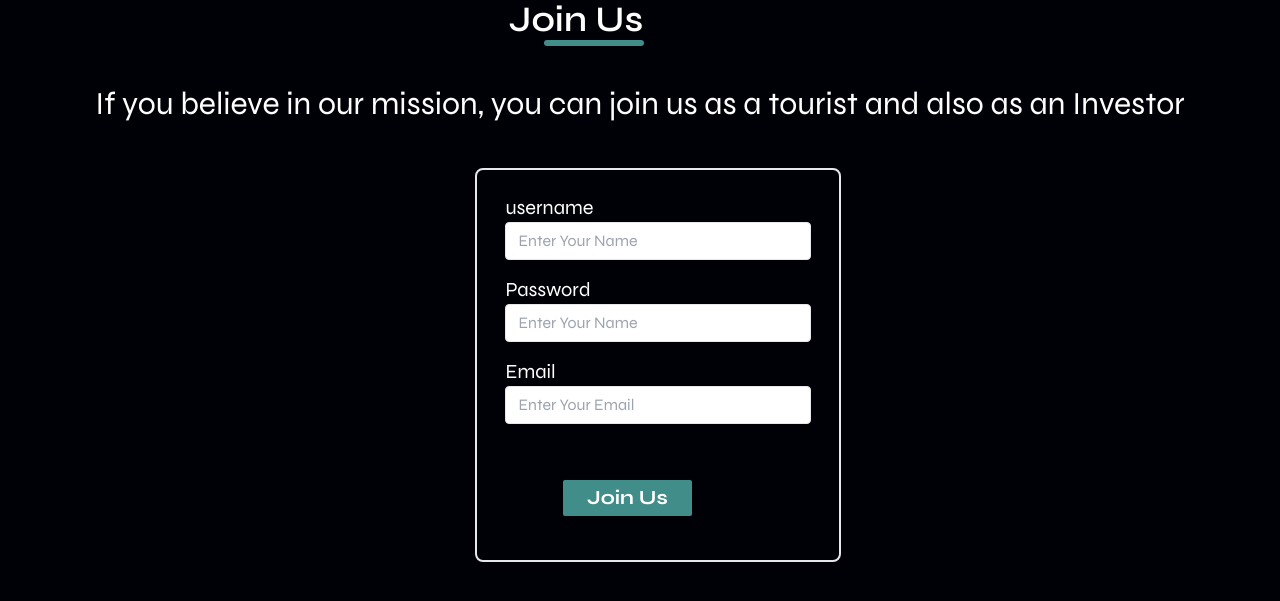
Repository: EngrAhmadUmar/landing-page
Page: /register
These files come from the project's save history. The page is drawn as it stood at one moment and after the next save; the edit follows.
The browser window is 1280 px wide. The pictures show the whole page.
The project was rebuilt for these pictures with package versions that can differ from the ones it lists, and the page was loaded fresh each time. The framework's server and built-in components were replaced by stand-ins that run in the browser. Also part of the build but not shown: next.config.js, src/Components/ApplyPageComponents/ApplyForm.jsx, src/Components/ApplyPageComponents/LoginForm.jsx.

Above is the page before, as saved 2022-07-06 10:15:52.

### pages/_app.js
import "../styles/globals.css";
import { ApolloClient, InMemoryCache, ApolloProvider } from "@apollo/client";

//apollo clients
const client = new ApolloClient({
  uri: "http://localhost:1337/graphql",
  cache: new InMemoryCache()
});

function MyApp({ Component, pageProps }) {
  return (
    <ApolloProvider client={client}>
      <Component {...pageProps} />
    </ApolloProvider>
  );
}

export default MyApp;

### pages/register.js
import React from "react";
import {
  RegisterForm,
} from "../src/Components/ApplyPageComponents/Index";

export default function Login() {
  return (
    <React.Fragment>
      <div className="bg-[#000107] font-syne h-[100vh]">
        <RegisterForm />
      </div>
    </React.Fragment>
  );
}

### styles/globals.css
@import url("https://fonts.googleapis.com/css2?family=Poppins:wght@400;500;600&family=Syne:wght@400;500;600;700&display=swap");

@tailwind base;
@tailwind components;
@tailwind utilities;

### src/Components/ApplyPageComponents/Index.jsx
export { default as ApplyForm } from "./ApplyForm";
export { default as LoginForm } from "./LoginForm";
export { default as RegisterForm } from "./RegisterForm";

### src/Components/ApplyPageComponents/RegisterForm.jsx
import { gql, useMutation } from "@apollo/client";
import Head from "next/head";
import { useState } from "react";
import styles from "../../../styles/Home.module.css";

const reg = gql`
  mutation joinUs($username: String!, $email: String!, $password: String!) {
    register(
      input: { username: $username, email: $email, password: $password }
    ) {
      jwt
      user {
        id
        email
      }
    }
  }
`;

const JoinUs = () => {
  const [username, setUsername] = useState("");
  const onChangeUsername = (e) => {
    setUsername(e.target.value);
  };
  const [email, setEmail] = useState("");
  const onChangeEmail = (e) => {
    setEmail(e.target.value);
  };
  const [password, setPassword] = useState("");
  const onChangePassword = (e) => {
    setPassword(e.target.value);
  };

  const [joinUs, { data, loading, error }] = useMutation(reg, {
    variables: {
      username: username,
      email: email,
      password: password,
    },
  });

  const onSubmit = (e) => {
    e.preventDefault();
    if (username === "" || email === "" || password === "") {
      return alert("please fill in all fields");
    }
    joinUs(username, password, email);

    setEmail("");
    setPassword("");
    setUsername("");
  };

  return (
    <div className="text-white font-syne " id="joinUs">
      <Head>
        <title>Welcome to GGV</title>
        <meta name="description" content="Join Our Family" />
      </Head>
      <div className="">
        <div className="max-w-[90vw]">
          <h3 className="text-4xl font-semibold text-center ">Join Us</h3>
          <div className={`${styles.header} ${"text-center w-[85vw]"}`}></div>
        </div>

        <p className="text-center mt-8 px-4 leading-loose text-[1.3rem] md:text-[1.5rem] lg:text-[2rem] lg:px-[4rem]">
          If you believe in our mission, you can join us as a tourist and also
          as an Investor{" "}
        </p>
      </div>

      <div className="max-w-md md:max-w-3xl lg:max-w-full ml-[5vh] mt-8 flex items-center justify-center">
        <form
          onSubmit={onSubmit}
          className="pt-6 pb-8 mb-4 border-2 rounded-lg shadow-md px-7 border-gray "
        >
          <div className="mb-4">
            <label className="text-lg md:text-xl">username</label>
            <input
              type="text"
              name="username"
              value={username}
              onChange={(e) => onChangeUsername(e)}
              placeholder="Enter Your Name"
              className="w-full px-3 py-2 leading-tight text-gray-700 border rounded shadow appearance-none focus:outline-none focus:shadow-outline"
            />
          </div>
          <div className="mb-4">
            <label className="text-lg md:text-xl">Password</label>
            <input
              type="text"
              name="password"
              value={password}
              onChange={onChangePassword}
              placeholder="Enter Your Name"
              className="w-full px-3 py-2 leading-tight text-gray-700 border rounded shadow appearance-none focus:outline-none focus:shadow-outline"
            />
          </div>
          <div className="mb-6">
            <label className="text-lg md:text-xl">Email</label>
            <input
              type="email"
              className="w-full px-3 py-2 leading-tight text-gray-700 border rounded shadow appearance-none focus:outline-none focus:shadow-outline"
              name="email"
              onChange={onChangeEmail}
              placeholder="Enter Your Email"
              value={email}
            />
          </div>

          {/* <div>
            <label className="text-lg md:text-xl">Password</label>
            <input
              type="text"
              ref={passwordInputRef}
              className="w-full px-3 py-2 leading-tight text-gray-700 border rounded shadow appearance-none focus:outline-none focus:shadow-outline"
              placeholder="Enter Your Password"
              value={enteredPassword}
              onChange={passwordChangeHandler}
            />
          </div> */}
          {/* <div className="flex items-center mt-4">
            <div>
              <input type="checkbox" className="mr-2 leading-tight" />
              <span className="text-sm text-center md:text-lg">Tourist</span>
            </div>
            <div className="ml-5">
              <input type="checkbox" className="mr-2 leading-tight" />
              <span className="text-sm text-center md:text-xl">Investor</span>
            </div>
          </div> */}

          <div className="mt-5 ml-[8vh]">
            <button className="shadow bg-green focus:shadow-outline focus:outline-none text-white font-bold px-6 md:text-xl bg-[#418d89] rounded-sm mt-8 mb-3 py-1">
              {loading ? "Sending" : "Join Us"}
            </button>
          </div>
        </form>
      </div>
      <>
        {data && (
          <div>
            <h1>Token: {data.register?.jwt}</h1>
            <span>UserID: {data.register.user?.id} </span>
            <span>UserEmail: {data.register.user?.email} </span>
          </div>
        )}
      </>

      <div></div>
    </div>
  );
};

export default JoinUs;

### styles/Home.module.css
.header {
  position: relative;
  font-size: clamp(3.8rem, -0.875rem + 8.333vw, 3.5rem);
}

/* .headerContainer {
  max-width: 300px;
} */

.header::before {
  content: "";
  position: absolute;
  background: #418d89;
  width: 100px;
  height: 6px;
  border-radius: 40px;
  font-family: "Syne";
}

.bgImage {
  animation: fadeIn ease-out 2s both;
  /* animation-delay: 1.5s; */
}

.heroText {
  animation: slideUp 0.75s 0.5s cubic-bezier(0.17, 0.88, 0.32, 1.27) both,
    fadeIn -25s 0.5s ease-out both;
}

@keyframes slideUp {
  from {
    transform: translateY(500%);
  }
  to {
    transform: translateY(-10%);
  }
}

@keyframes fadeIn {
  from {
    opacity: 0;
  }
  to {
    opacity: 1;
  }
}

### tailwind.config.js
/** @type {import('tailwindcss').Config} */
module.exports = {
  content: [
    "./pages/**/*.{js,ts,jsx,tsx}",
    "./components/**/*.{js,ts,jsx,tsx}",
    "./src/Components/**/*.{js,ts,jsx,tsx}"
  ],
  theme: {
    extend: {
      colors: {
        black: "#000107",
        green: "#418D89"
      },
      fontFamily: {
        syne: ["Syne"]
      }
    }
  },
  plugins: []
};

After the next save:
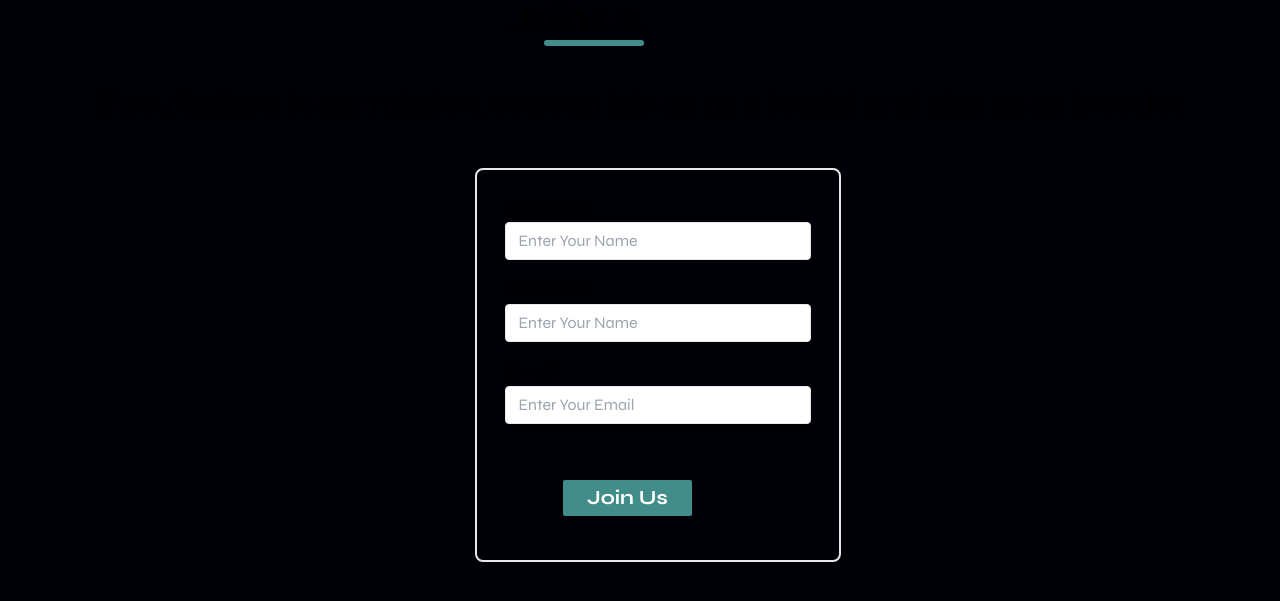
Saved 20 min 40 s later.
--- a/src/Components/ApplyPageComponents/RegisterForm.jsx
+++ b/src/Components/ApplyPageComponents/RegisterForm.jsx
@@ -35,8 +35,8 @@ const JoinUs = () => {
     variables: {
       username: username,
       email: email,
-      password: password,
-    },
+      password: password
+    }
   });
 
   const onSubmit = (e) => {
@@ -52,7 +52,7 @@ const JoinUs = () => {
   };
 
   return (
-    <div className="text-white font-syne " id="joinUs">
+    <div className=" font-syne " id="joinUs">
       <Head>
         <title>Welcome to GGV</title>
         <meta name="description" content="Join Our Family" />
